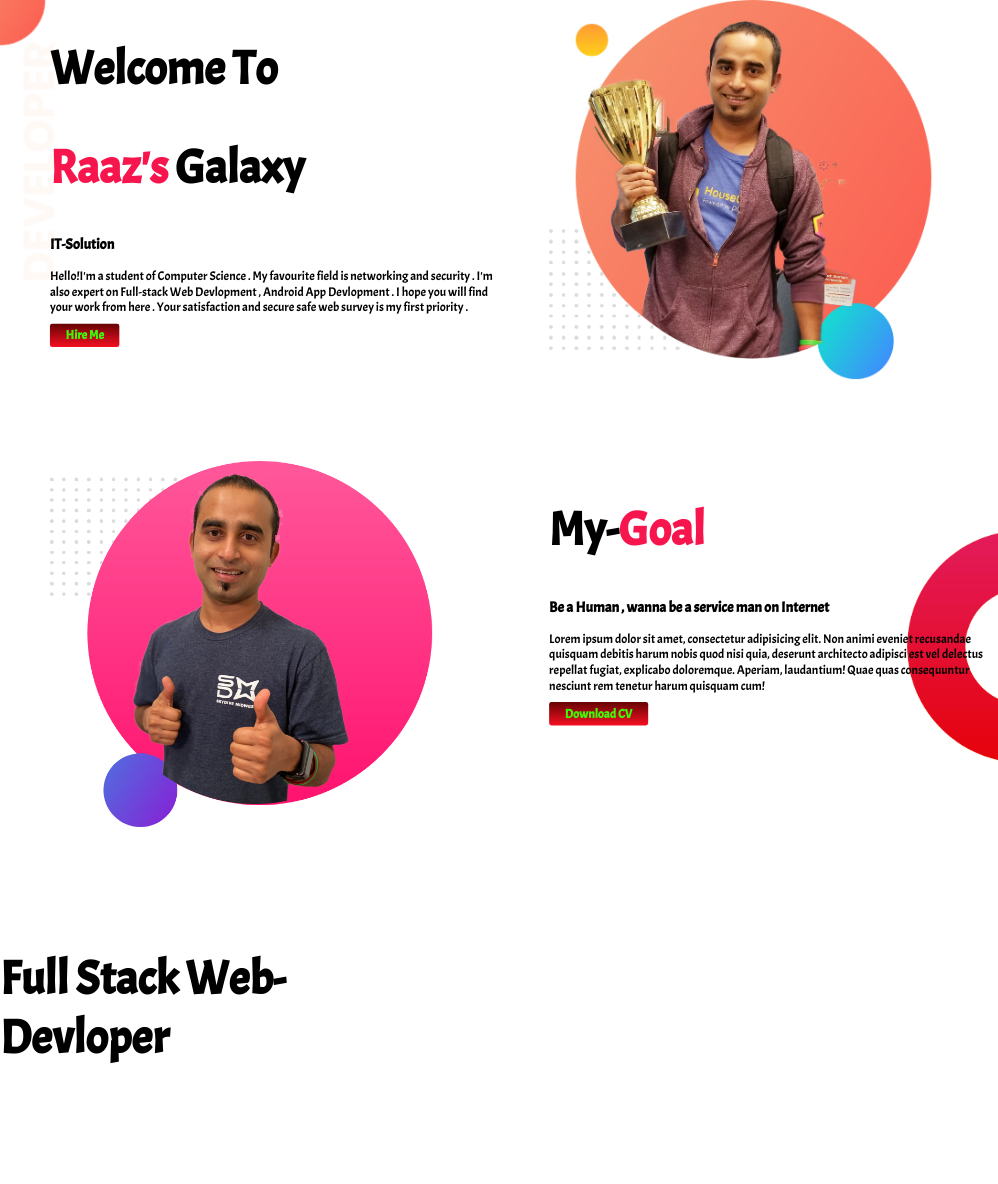
Repository: ramizraaz/my-portfolio
Page: about.html
An editor plug-in stored every save of this project. The page is shown before and after the next save, followed by the edit.
The browser window is 1280 px wide. The pictures show the whole page, at 78% of full size.

Above is the page before, as saved 2022-01-18 15:31:32.

### about.html
<!DOCTYPE html>
<html lang="en">

<head>
    <meta charset="UTF-8">
    <meta http-equiv="X-UA-Compatible" content="IE=edge">
    <meta name="viewport" content="width=device-width, initial-scale=1.0">
    <title>Raaz Portfolio</title>
    <link rel="preconnect" href="https://fonts.googleapis.com">
    <link rel="preconnect" href="https://fonts.gstatic.com" crossorigin>
    <link href="https://fonts.googleapis.com/css2?family=Acme&family=Lobster&family=Permanent+Marker&display=swap" rel="stylesheet">
    <link rel="stylesheet" href="design.css">
</head>

<body>
    <section class="top">
        <div class="content">
            <h1>Welcome To</h1>
            <h1><span> Raaz's </span>Galaxy</h1>
            <h3>IT-Solution</h3>
            <p>Hello!I'm a student of Computer Science . My favourite field is networking and security . I'm also expert on Full-stack Web Devlopment , Android App Devlopment . I hope you will find your work from here . Your satisfaction and secure safe
                web survey is my first priority .</p>
            <a class="link-button" href="" target="_blank">Hire Me</a>
        </div>
        <div class="content">
            <img src="images/jhankar.png" alt="Personal Profile">
        </div>
    </section>
    <section class="middle">
        <div class="content">
            <img src="images/jhankar2.png" alt="Personal Profile">
        </div>
        <div class="content">
            <h1>My-<span id="middHeadder">Goal</span></h1>
            <h3>Be a Human , wanna be a service man on Internet</h3>
            <p>Lorem ipsum dolor sit amet, consectetur adipisicing elit. Non animi eveniet recusandae quisquam debitis harum nobis quod nisi quia, deserunt architecto adipisci est vel delectus repellat fugiat, explicabo doloremque. Aperiam, laudantium! Quae
                quas consequuntur nesciunt rem tenetur harum quisquam cum!</p>
            <a class="link-button" href="" target="_blank">Download CV</a>
        </div>
    </section>
    <section class="bottom">
        <div class="">
            <h1>Full Stack Web-Devloper</h1>
        </div>
        <div class="content"></div>
    </section>
</body>

</html>

### design.css
body {
    font-family: 'Acme', sans-serif;
    margin: 0;
}

h1 {
    font-size: 60px;
}

span {
    color: rgb(247, 21, 77);
}

section {
    display: flex;
    /* Using this attribute for show photo and content flexible left right part */
    margin-bottom: 100px;
}

.content {
    width: 50%;
    /*to make 2 div 50//50 size*/
    padding-left: 5%;
}

.content img {
    width: 85%;
    /*adjusting image*/
}

.link-button {
    text-decoration: none;
    background-image: linear-gradient(rgb(102, 3, 3), #f50f22);
    padding: 5px 20px;
    border-radius: 3px;
    font-weight: 800;
    color: rgb(63, 247, 7);
}

.top {
    background-image: url(images/top-banner.png);
    background-repeat: no-repeat;
}

.middle {
    background-image: url(images/dream-bg.png);
    background-repeat: no-repeat;
    background-position: right;
}

.middHeadder {
    color: crimson;
}

After the next save:
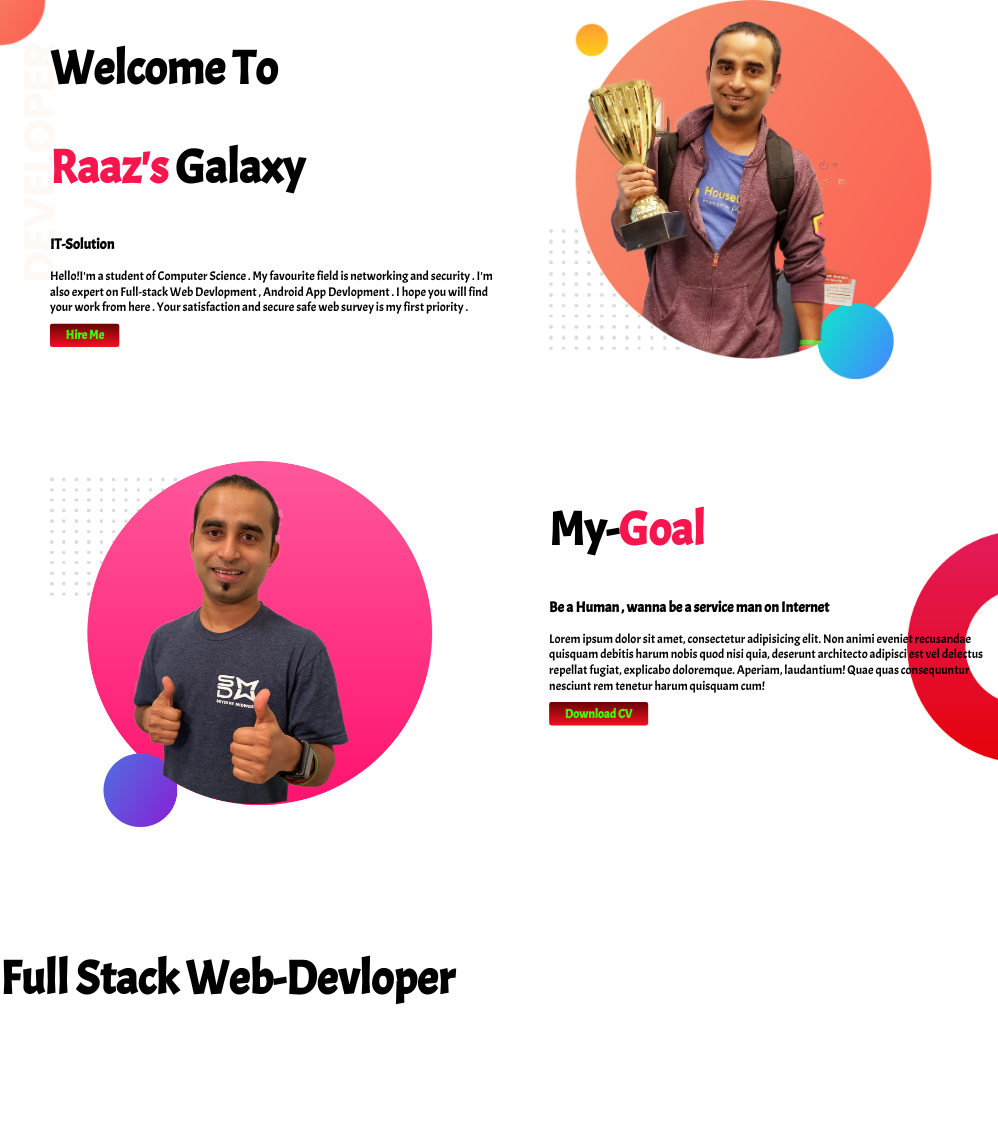
Saved 18 s later.
--- a/about.html
+++ b/about.html
@@ -42,7 +42,9 @@
         <div class="">
             <h1>Full Stack Web-Devloper</h1>
         </div>
-        <div class="content"></div>
+        <div class="">
+            <h1></h1>
+        </div>
     </section>
 </body>
 
